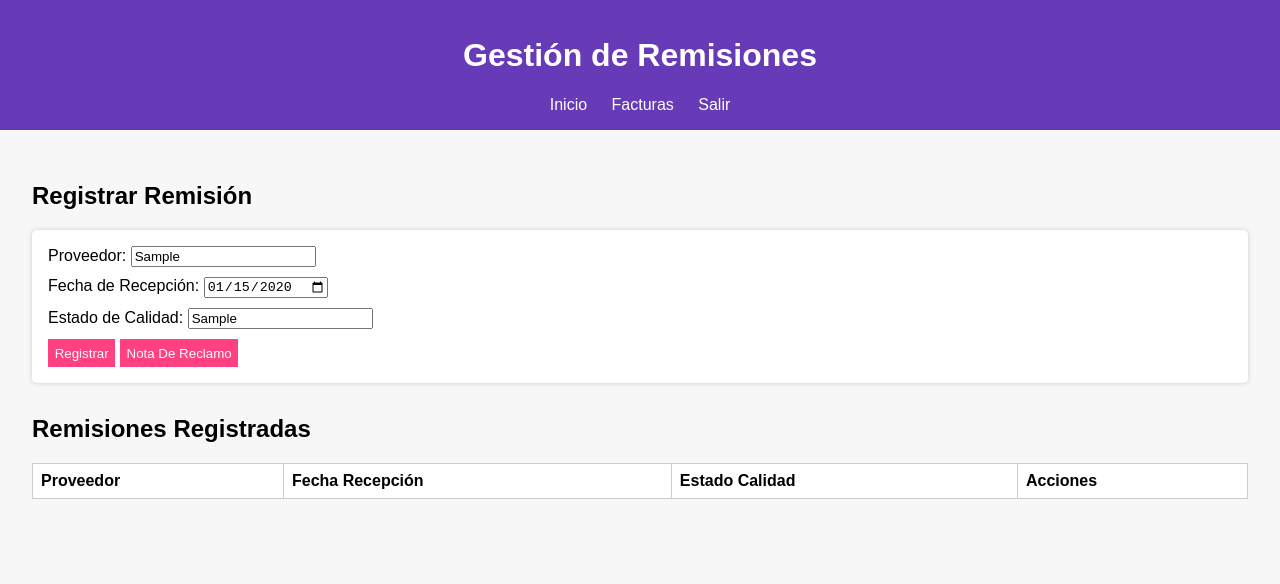
Repository: djkeviin/Mi-primera-chamba
Page: views/remisiones.html
An editor plug-in stored every save of this project. The page is shown before and after the next save, followed by the edit.
The browser window is 1280 px wide. The pictures show the whole page.
Empty fields were first filled with sample values (such as "Sample", 5 or name@example.com).
After loading, the first visible `#formRemision` was submitted once.

Above is the page before, as saved 2025-05-02 00:34:14.
Console error: TypeError: Cannot read properties of undefined (reading 'value')

### views/remisiones.html
<!DOCTYPE html>
<html lang="es">
<head>
  <meta charset="UTF-8">
  <title>Gestión de Remisiones</title>
  <link rel="stylesheet" href="../css/remisiones.css">
</head>
<body>
  <header>
    <h1>Gestión de Remisiones</h1>
    <nav>
      <a href="dashboard.html">Inicio</a>
      <a href="facturas.html">Facturas</a>
      <a href="../index.html">Salir</a>
    </nav>
  </header>

  <main>
    <section class="formulario">
      <h2>Registrar Remisión</h2>
      <form id="formRemision">
        <label>Proveedor:
          <input type="text" name="proveedor" required>
        </label>
        <label>Fecha de Recepción:
          <input type="date" name="fechaRecepcion" required>
        </label>
        <label>Estado de Calidad:
          <input type="text" name="estadoCalidad" required>
        </label>
        <button type="submit">Registrar</button>
        <a href="/views/reclamos.html"><button>Nota De Reclamo</button></a>
      </form>
    </section>

    <section class="lista">
      <h2>Remisiones Registradas</h2>
      <table>
        <thead>
          <tr>
            <th>Proveedor</th>
            <th>Fecha Recepción</th>
            <th>Estado Calidad</th>
            <th>Acciones</th>
          </tr>
        </thead>
        <tbody id="tablaRemisiones">
          <!-- Datos dinámicos -->
        </tbody>
      </table>
    </section>
  </main>

  <script src="../js/remisiones.js"></script>
</body>
</html>

### css/remisiones.css
body {
    font-family: Arial, sans-serif;
    margin: 0;
    padding: 0;
    background: #f7f7f7;
  }

  header {
    background: #673ab7;
    color: white;
    padding: 1em;
    text-align: center;
  }

  nav a {
    color: white;
    margin: 0 10px;
    text-decoration: none;
  }

  main {
    padding: 2em;
  }

  form {
    background: white;
    padding: 1em;
    border-radius: 5px;
    box-shadow: 0 0 5px #ccc;
    margin-bottom: 2em;
  }

  label {
    display: block;
    margin-bottom: 10px;
  }

  table {
    width: 100%;
    border-collapse: collapse;
    background: white;
  }

  th, td {
    border: 1px solid #ccc;
    padding: 0.5em;
    text-align: left;
  }

  button {
    background: #ff4081;
    color: white;
    border: none;
    padding: 0.5em;
    cursor: pointer;
  }

  button:hover {
    background: #f50057;
  }

### js/remisiones.js
document.getElementById("formRemision").addEventListener("submit", function(e) {
    e.preventDefault();

    const producto = this.producto.value;
    const cantidad = this.cantidad.value;
    const fecha = this.fecha.value;
    const proveedor = this.proveedor.value;
    const observaciones = this.observaciones.value;

    const tabla = document.getElementById("tablaRemisiones");
    const fila = document.createElement("tr");

    fila.innerHTML = `
      <td>${producto}</td>
      <td>${cantidad}</td>
      <td>${fecha}</td>
      <td>${proveedor}</td>
      <td><button onclick="eliminarFila(this)">Eliminar</button></td>
    `;

    tabla.appendChild(fila);
    this.reset();
  });

  function eliminarFila(btn) {
    const fila = btn.parentNode.parentNode;
    fila.remove();
  }

After the next save:
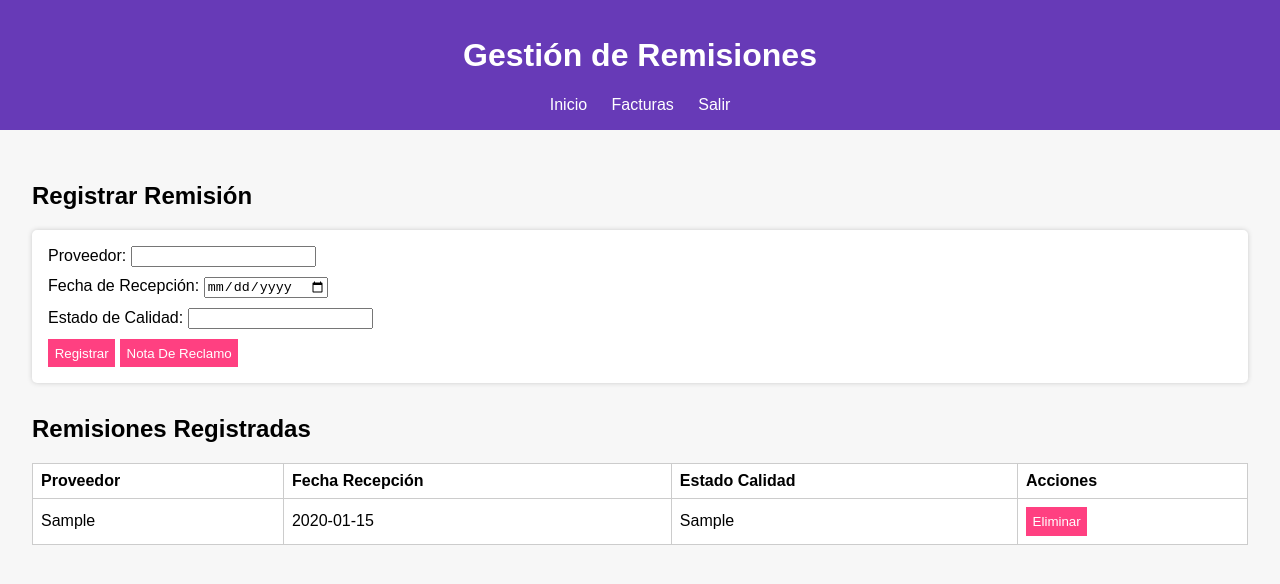
The error is gone.
Saved 5 min 56 s later.
--- a/js/remisiones.js
+++ b/js/remisiones.js
@@ -1,28 +1,46 @@
-document.getElementById("formRemision").addEventListener("submit", function(e) {
-    e.preventDefault();
+document.addEventListener("DOMContentLoaded", function () {
+    const form = document.getElementById("formRemision");
+    const tabla = document.getElementById("tablaRemisiones");
 
-    const producto = this.producto.value;
-    const cantidad = this.cantidad.value;
-    const fecha = this.fecha.value;
-    const proveedor = this.proveedor.value;
-    const observaciones = this.observaciones.value;
+    form.addEventListener("submit", function (e) {
+      e.preventDefault();
 
-    const tabla = document.getElementById("tablaRemisiones");
-    const fila = document.createElement("tr");
+      const proveedor = form.elements["proveedor"].value;
+      const fechaRecepcion = form.elements["fechaRecepcion"].value;
+      const estadoCalidad = form.elements["estadoCalidad"].value;
 
-    fila.innerHTML = `
-      <td>${producto}</td>
-      <td>${cantidad}</td>
-      <td>${fecha}</td>
-      <td>${proveedor}</td>
-      <td><button onclick="eliminarFila(this)">Eliminar</button></td>
-    `;
+      const nuevaRemision = { proveedor, fechaRecepcion, estadoCalidad };
 
-    tabla.appendChild(fila);
-    this.reset();
+      let remisiones = JSON.parse(localStorage.getItem("remisiones")) || [];
+      remisiones.push(nuevaRemision);
+      localStorage.setItem("remisiones", JSON.stringify(remisiones));
+
+      form.reset();
+      mostrarRemisiones();
+    });
+
+    function mostrarRemisiones() {
+      tabla.innerHTML = "";
+
+      const remisiones = JSON.parse(localStorage.getItem("remisiones")) || [];
+      remisiones.forEach((remision, index) => {
+        const fila = document.createElement("tr");
+        fila.innerHTML = `
+          <td>${remision.proveedor}</td>
+          <td>${remision.fechaRecepcion}</td>
+          <td>${remision.estadoCalidad}</td>
+          <td><button onclick="eliminarRemision(${index})">Eliminar</button></td>
+        `;
+        tabla.appendChild(fila);
+      });
+    }
+
+    window.eliminarRemision = function (index) {
+      let remisiones = JSON.parse(localStorage.getItem("remisiones")) || [];
+      remisiones.splice(index, 1);
+      localStorage.setItem("remisiones", JSON.stringify(remisiones));
+      mostrarRemisiones();
+    };
+
+    mostrarRemisiones(); // Mostrar al cargar la página
   });
-
-  function eliminarFila(btn) {
-    const fila = btn.parentNode.parentNode;
-    fila.remove();
-  }
